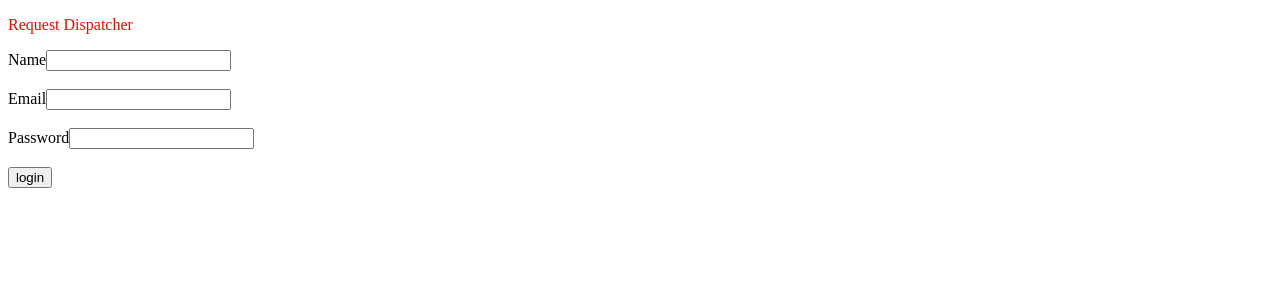
Repository: Ravikumarh6166/my-first-repo
Page: WebApps/src/main/webapp/Request.html
An editor plug-in stored every save of this project. The page is shown before and after the next save, followed by the edit.
The browser window is 1280 px wide. The pictures show the whole page.

Above is the page before, as saved 2022-08-25 10:37:37.

### WebApps/src/main/webapp/Request.html
<!DOCTYPE html>
<html>
<head>
<meta charset="UTF-8">
<title>Insert title here</title>
</head>
<body>
<form action="requ" method="post">
<p style="color:red">Request Dispatcher</p>
Name<input type="text" name="nm"><br><br>
Email<input type="email" name="useremail"><br><br>
Password<input type="password" name="upw"><br><br>
<input type="submit" value="login"><br><br>

</form>
</body>
</html>

After the next save:
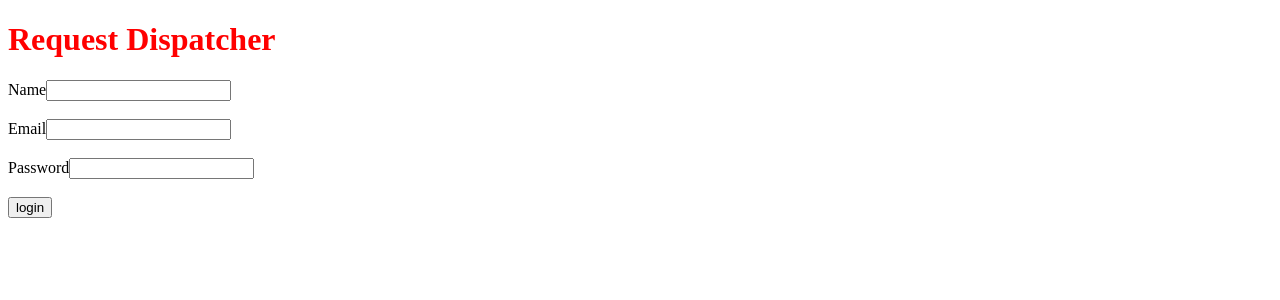
Saved 14 min 5 s later.
--- a/WebApps/src/main/webapp/Request.html
+++ b/WebApps/src/main/webapp/Request.html
@@ -6,7 +6,7 @@
 </head>
 <body>
 <form action="requ" method="post">
-<p style="color:red">Request Dispatcher</p>
+<h1 style="color:red">Request Dispatcher</h1>
 Name<input type="text" name="nm"><br><br>
 Email<input type="email" name="useremail"><br><br>
 Password<input type="password" name="upw"><br><br>
